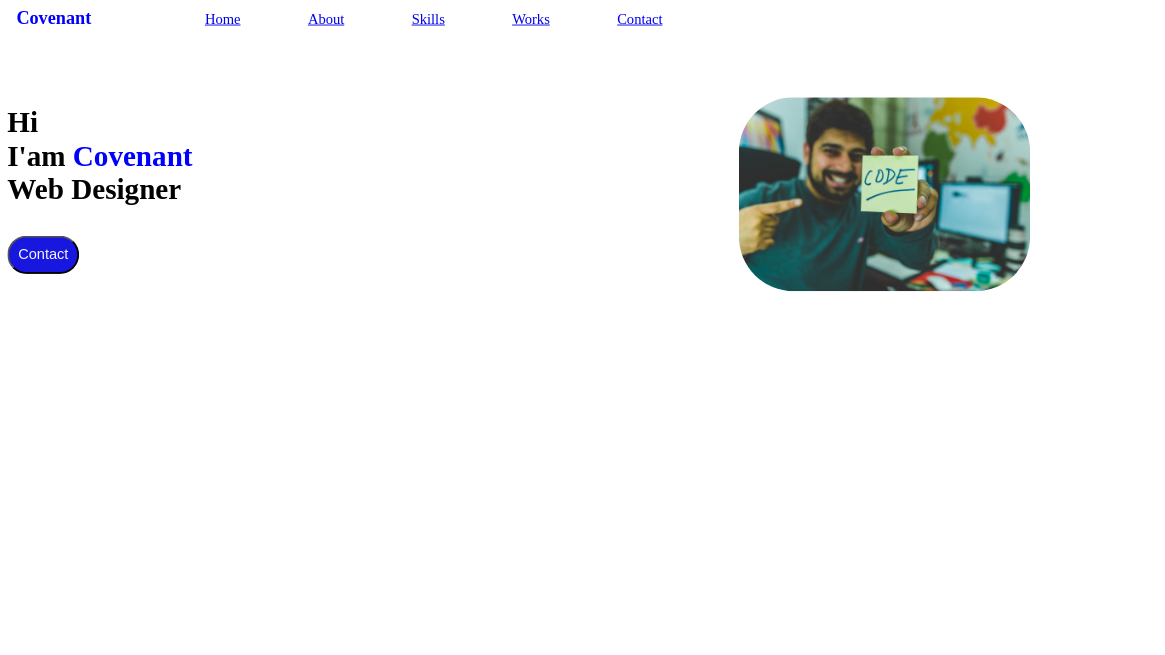
Repository: Tobby004/bdc-assignment-1
Page: index.html
The author's editor kept a copy of each file at every save. The page is drawn from the files as they stood at one save, then again after the next save.
The browser window is 1280 px wide. The pictures show the whole page, at 91% of full size.

Above is the page before, as saved 2023-02-09 10:38:48.

### index.html
<!DOCTYPE html>
<html lang="en">
<head>
    <meta charset="UTF-8">
    <meta http-equiv="X-UA-Compatible" content="IE=edge">
    <meta name="viewport" content="width=device-width, initial-scale=1.0">
    <title>Document</title>
    <link rel="stylesheet" href="task.css">
</head>
<body>
    <header>
        <b>
            Covenant
        </b>
        <a href="#">
            Home</a>
            <a href="#">About</a>
            <a href="#">Skills</a>
            <a href="#">Works</a>
            <a href="#">Contact</a>
    </header>
    <br>
    <br>
    <div class="box"></div>
   <img src="image/Cov.jpg">
   <br>
   <h1>Hi <br> I'am <b>Covenant</b><br> Web Designer</h1>
<button>Contact</button>
</body>
</html>

### task.css
* {
    box-sizing: border-box;
}
header{
    max-width: 500%;
    display: flexbox;
    color: blue;
}
header b {
font-size: 20px;
padding: 10px;
margin-right: 100px;
width: 100%;
justify-content: space-between;
}
header a {
    margin-inline-end: 100px;
    max-width: 500%;
    margin-inline-end: 50px;
    padding: 10px;

}
img{
    width: 400px;
    padding: 40px;
    float: right;
    border-radius: 100px;
    display: flexbox;
    margin-left: 100px;
    margin-right: 100px;

}
h1 b {
    color: blue;
}
button {
    background-color: rgb(23, 23, 224);
    font-size: medium;
    display: block;
    color: whitesmoke;
    padding: 10px;
    border-radius: 35px;
}
h1 {
    padding-block-end: 10px;
    padding-block: 10px;
    stroke-width: 10px;
}

After the next save:
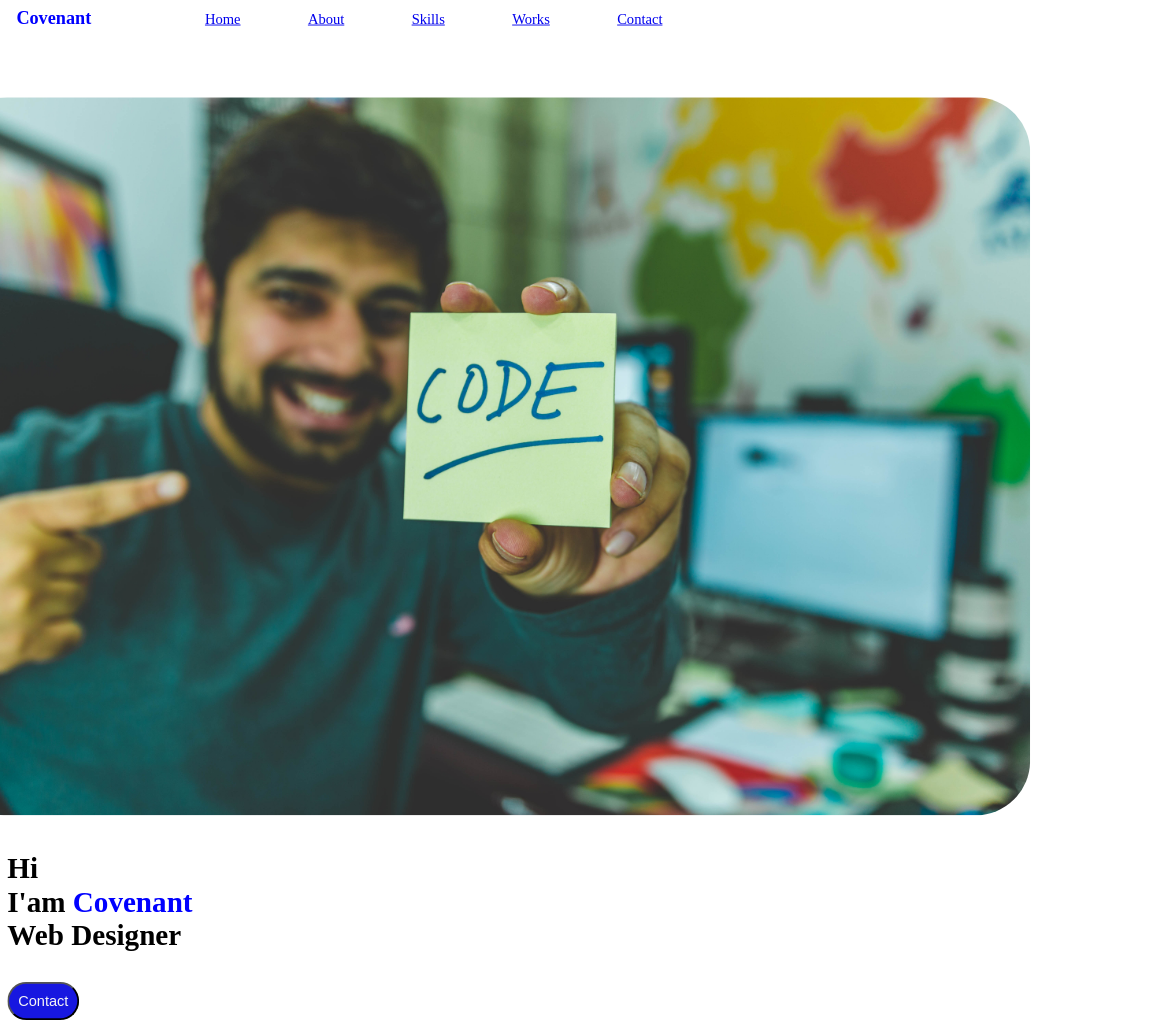
Saved 57 s later.
--- a/task.css
+++ b/task.css
@@ -21,11 +21,10 @@ header a {
 
 }
 img{
-    width: 400px;
+    width: 100%;
     padding: 40px;
     float: right;
     border-radius: 100px;
-    display: flexbox;
     margin-left: 100px;
     margin-right: 100px;
 
